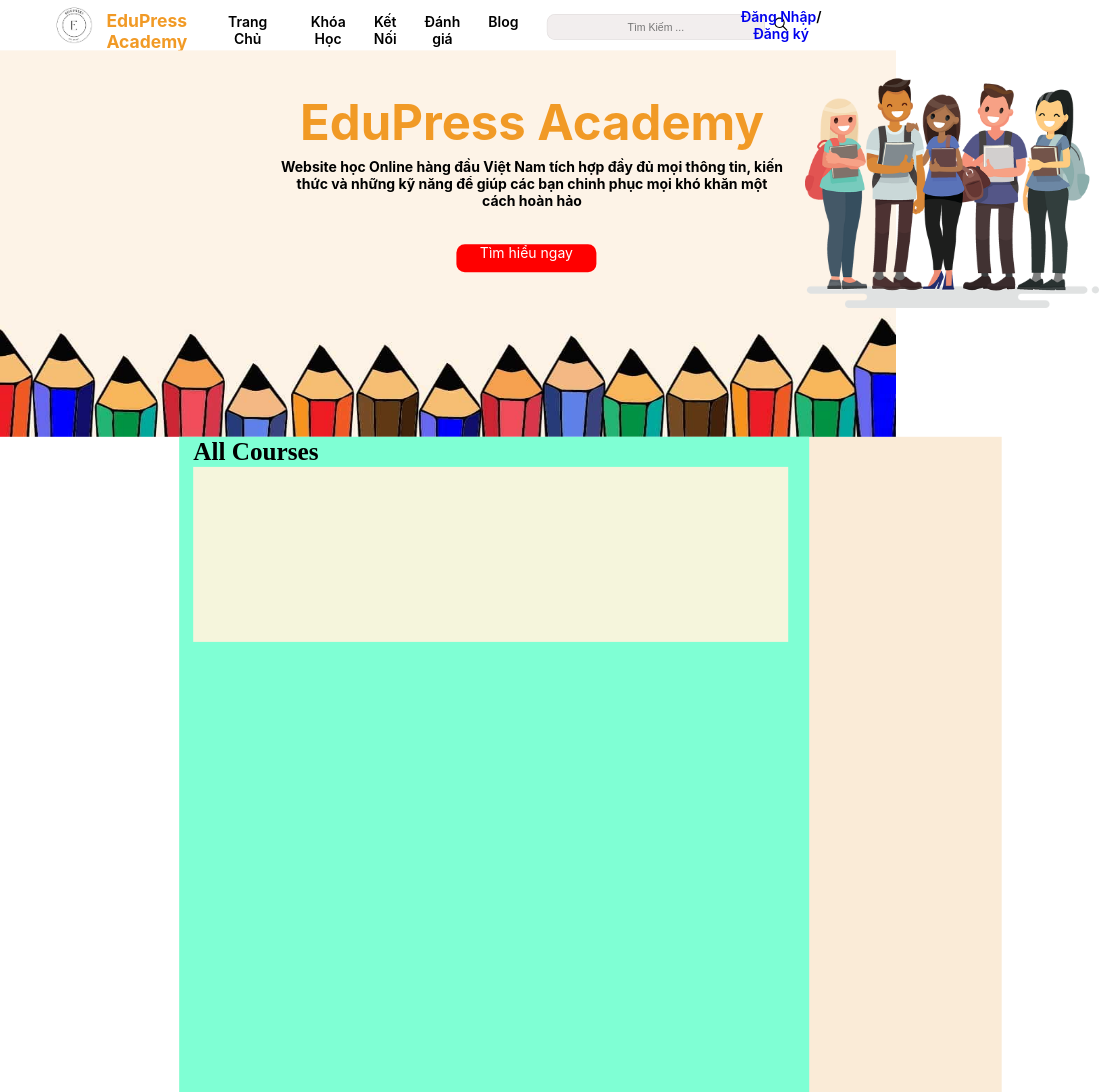
Repository: hieu1802/WebsiteEdupress
Page: /CouresPage (app in my-app/)
An editor plug-in stored every save of this project. The page is shown before and after the next save, followed by the edit.
The browser window is 1280 px wide. The page is 1600 px wide, so the pictures cover 1600 px, including what lies to the right of the window. The pictures show the part of the page from y = 0 to 1560 px (the page is 2404 px tall), at 70% of full size.
The project was rebuilt for these pictures with package versions that can differ from the ones it lists, and the page was loaded fresh each time. Also part of the build but not shown: my-app/src/App.css, my-app/src/Components/data/FeaturedCoursesDaa.jsx, my-app/src/Components/data/topCategories.jsx, my-app/src/Components/HomePage/ContainerPage.jsx, my-app/src/Components/HomePage/HomePage.jsx, my-app/src/Components/Login/Login.css, my-app/src/Components/Modal/Modal.css, my-app/src/Components/Modal/Modal.jsx and 5 more.

Above is the page before, as saved 2024-08-15 17:58:51.

After the next save:
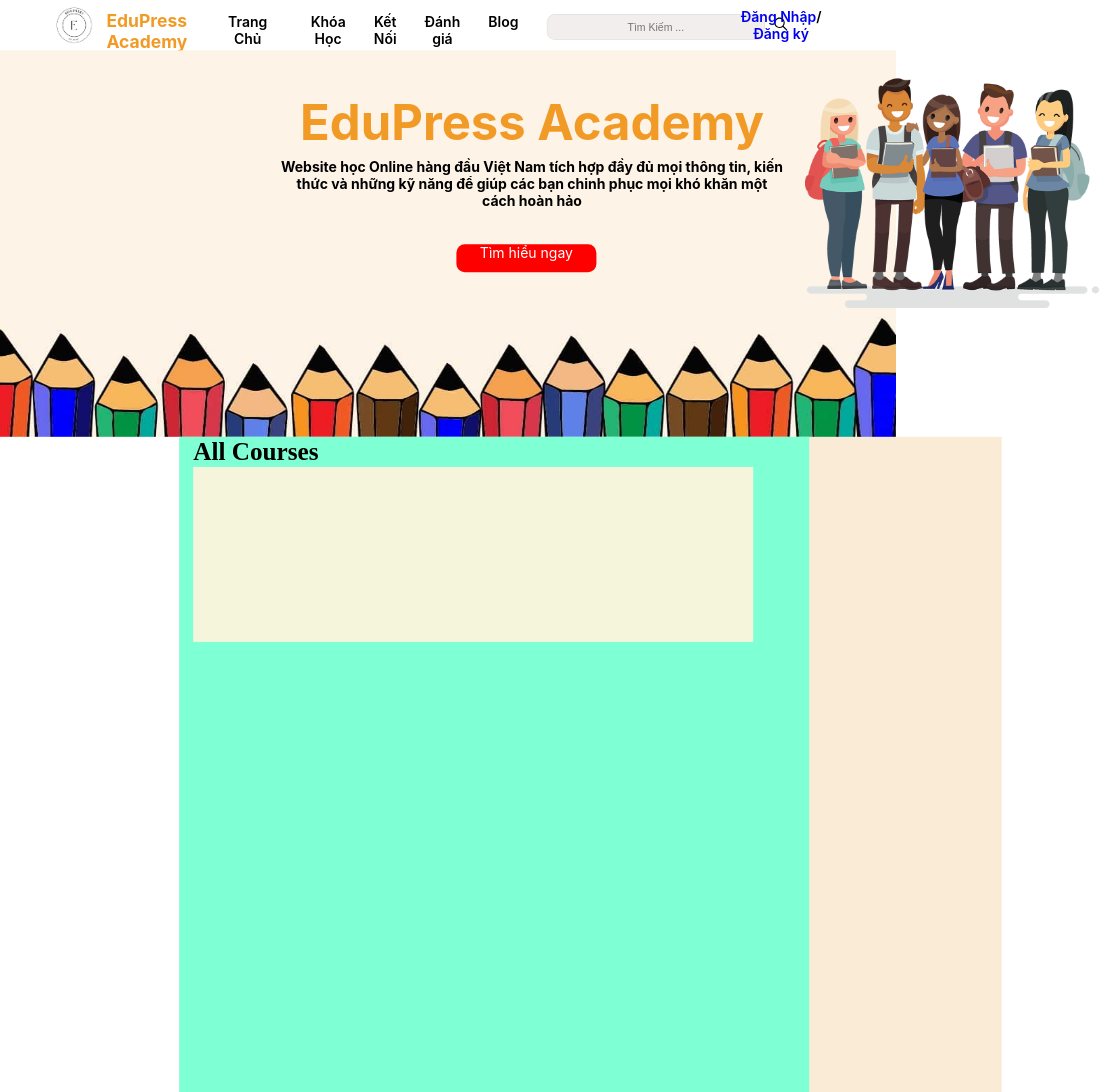
Saved 13 s later.
--- a/my-app/src/Components/CouresPage/Container.css
+++ b/my-app/src/Components/CouresPage/Container.css
@@ -27,7 +27,7 @@
 }
 
 .boxContent{
-    width: 850px;
+    width: 800px;
     height: 250px;
     background-color: beige;
 }
